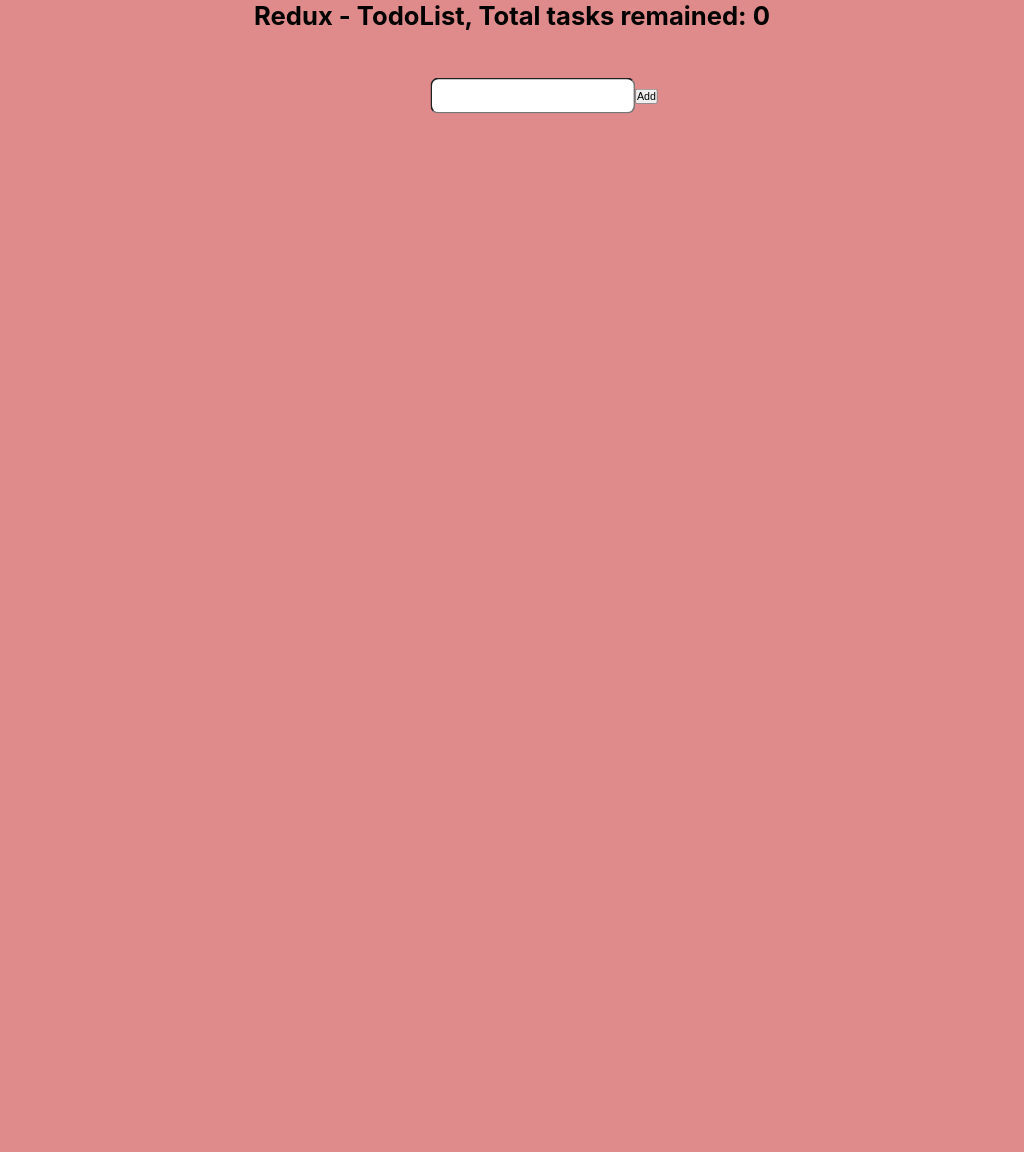
Repository: BhanuKaukuntla/TodoApp
Page: /
The author's editor kept a copy of each file at every save. The page is drawn from the files as they stood at one save, then again after the next save.
The browser window is 1280 px wide. The pictures show the whole page, at 80% of full size.
The project was rebuilt for these pictures with package versions that can differ from the ones it lists, and the page was loaded fresh each time. Also part of the build but not shown: src/components/TodoItem/TodoItem.js.

Above is the page before, as saved 2021-12-01 10:16:41.

### src/index.js
import React from "react";
import ReactDOM from "react-dom";
import "./index.css";
import App from "./App";
import { Provider } from "react-redux";
import store from "./store";
import { PersistGate } from "redux-persist/integration/react";
import { persistor } from "./store";

ReactDOM.render(
  <React.StrictMode>
    <Provider store={store}>
      <PersistGate persistor={persistor}>
        <App />
      </PersistGate>
    </Provider>
  </React.StrictMode>,
  document.getElementById("root")
);

### src/index.css
*{
  margin: 0;
  padding: 0;
  /* font-family: "montserrat",sans-serif; */
  /* box-sizing: border-box; */
}

body {
  margin: 0;
  font-family: -apple-system, BlinkMacSystemFont, "Segoe UI", "Roboto", "Oxygen",
    "Ubuntu", "Cantarell", "Fira Sans", "Droid Sans", "Helvetica Neue",
    sans-serif;
  -webkit-font-smoothing: antialiased;
  -moz-osx-font-smoothing: grayscale;
}

code {
  font-family: source-code-pro, Menlo, Monaco, Consolas, "Courier New",
    monospace;
}
.App {
  text-align: center;
  height: 200vh;
  /* max-height: 100%; */
  /* background-color: #e77a7a; */
  background-color: #df8b8b;
  margin-top: 0%;
  /* position: fixed; */
  width: 100%;
}

.todoInput{
  margin-top: 3rem;
  margin-left: 5rem;
  font-size: x-large;
  margin-bottom: 3rem;
}

.form{
  border-radius: 10px;
  font-size: large;
  padding: 10px;
}

.input{
  border-radius: 10px;
  font-size: large;
  padding: 10px;
}

### src/App.js
import AddTodo from "./components/AddTodo/AddTodo";
import TodoList from "./components/TodoList/TodoList";
import { useSelector } from "react-redux";
function App() {
  const taskobj = useSelector((state) => state.todos.data);
  return (
    <div className='App'>
      <h1>Redux - TodoList, Total tasks remained: {taskobj.length}</h1>
      <AddTodo />
      <TodoList />
    </div>
  );
}

export default App;

### src/store.js
import { createStore } from "redux";
import rootReducer from "./reducers";
import { persistStore, persistReducer } from "redux-persist";
import storage from "redux-persist/lib/storage";

const persistConfig = {
  key: "root",
  storage,
};

const persistedReducer = persistReducer(persistConfig, rootReducer);

const store = createStore(
  persistedReducer,
  window.__REDUX_DEVTOOLS_EXTENSION__ && window.__REDUX_DEVTOOLS_EXTENSION__()
);

export const persistor = persistStore(store);

export default store;

### src/components/AddTodo/AddTodo.js
import React, { useState } from "react";
import { useDispatch } from "react-redux";
import { addTodo } from "../../actions";
import cuid from "cuid";

const AddTodo = () => {
  const [tasks, setTasks] = useState("");
  const dispatch = useDispatch();
  function handleInputChange(e) {
    setTasks(e.target.value);
    console.log(tasks);
  }
  function handleFormSubmit(e) {
    e.preventDefault();
    dispatch(addTodo({ task: tasks, id: cuid() }));
    e.target.userInput.value = "";
    console.log(tasks);
  }
  return (
    <div className="todoInput">
      <form className="form" onSubmit={handleFormSubmit}>
      <input
        className="input"
        type='text'
        name='userInput'
        onChange={(e) => handleInputChange(e)}
      />
      <button type='submit'>Add</button>
     </form>
    </div>
  );
};

export default AddTodo;

### src/components/TodoList/TodoList.js
import React from "react";
import TodoItem from "../TodoItem/TodoItem";
import { useSelector } from "react-redux";

const TodoList = () => {
  const taskobj = useSelector((state) => state.todos.data);
  const taskItems = taskobj.map((task) => {
    return <TodoItem task={task} key={task.id} />;
  });

  return <div>{taskItems}</div>;
};

export default TodoList;

### src/reducers/index.js
import { combineReducers } from "redux";
import todos from "./todos";

const rootReducer = combineReducers({
  todos,
});
export default rootReducer;

### src/actions/index.js
import { ADD_TODO, DELETE_TODO, UPDATE_TODO } from "./types";

export const addTodo = (message) => ({
  type: ADD_TODO,
  message,
});

export const deleteTodo = (id) => ({
  type: DELETE_TODO,
  id,
});

export const updateTodo = ({ message, id }) => ({
  type: UPDATE_TODO,
  message,
  id,
});

### src/reducers/todos.js
const initialState = {
  data: [],
};

const todos = (state = initialState, action) => {
  switch (action.type) {
    case "ADD_TODO":
      return {
        ...state,
        data: [...state.data, action.message],
      };
    case "DELETE_TODO":
      return {
        ...state,
        data: [...state.data.filter((todo) => todo.id !== action.id)],
      };
    case "UPDATE_TODO":
      return {
        ...state,
        data: [
          ...state.data.filter((todo) => todo.id !== action.id),
          { task: action.message, id: action.id },
        ],
      };
    default:
      return state;
  }
};

export default todos;

### src/actions/types.js
export const ADD_TODO = "ADD_TODO";
export const DELETE_TODO = "DELETE_TODO";
export const UPDATE_TODO = "UPDATE_TODO";

Loaded but not shown: public/index.html (common file)

After the next save:
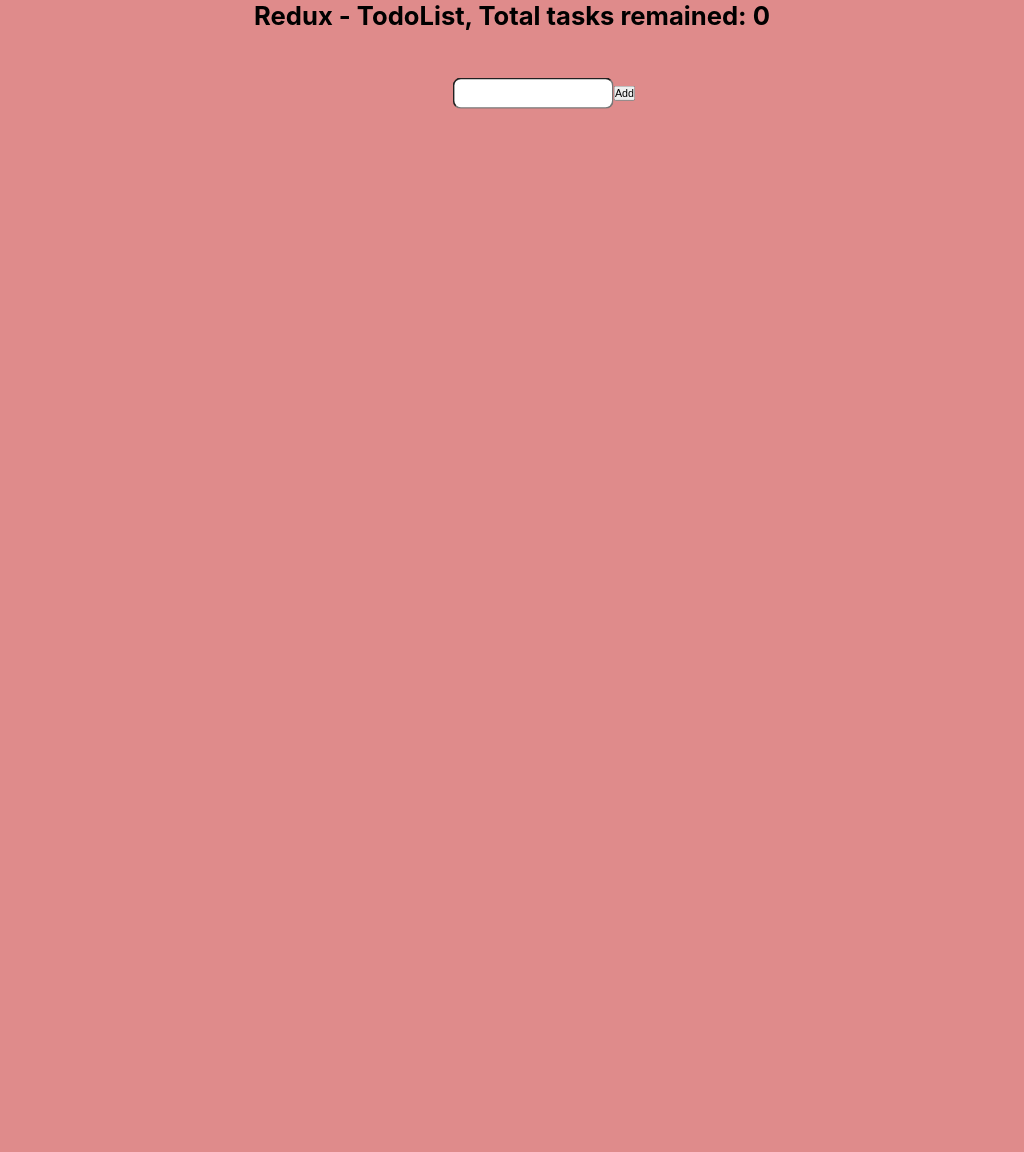
Saved 14 s later.
--- a/src/index.css
+++ b/src/index.css
@@ -44,6 +44,6 @@ code {
 
 .input{
   border-radius: 10px;
-  font-size: large;
+  /* font-size: large; */
   padding: 10px;
 }
